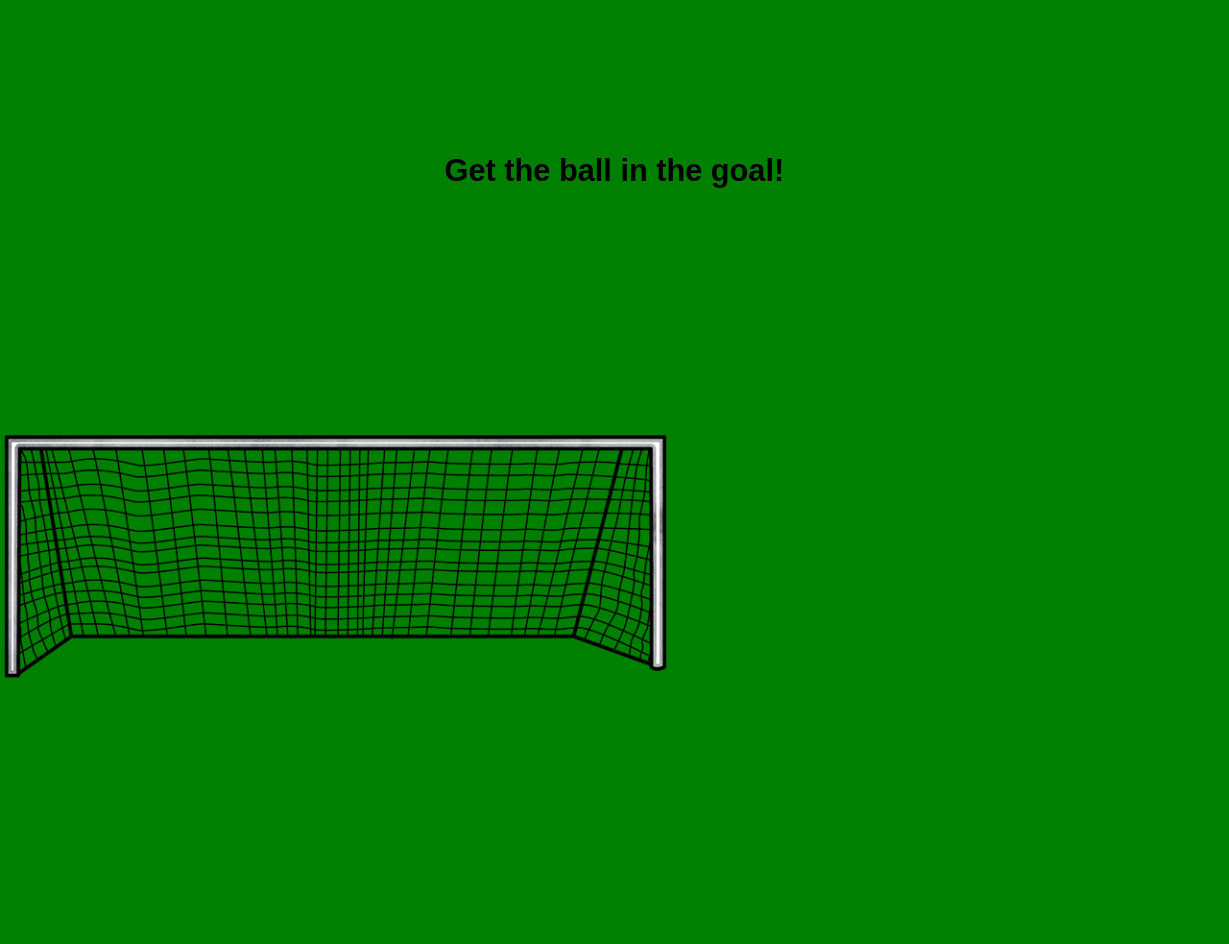
Repository: alexmaddux99/Lab3
Page: mouse-events.html
An editor plug-in stored every save of this project. The page is shown before and after the next save, followed by the edit.
The browser window is 1280 px wide. The pictures show the whole page, at 96% of full size.

Above is the page before, as saved 2022-03-06 17:40:55.

### mouse-events.html
<!DOCTYPE html>
<html lang="en">

<head>
    <meta charset="UTF-8">
    <meta http-equiv="X-UA-Compatible" content="IE=edge">
    <meta name="viewport" content="width=device-width, initial-scale=1.0">
    <title>GOAL!</title>
    <style>
        body {
            background-color: green;
            margin:0;
            height:100vh;
        }

        div {
            height: 300px;
            width: 300px;
            transition: transform 1s;

        }

        p {
            margin-top: 10rem;
            text-align: center;
            font: bold 2rem sans-serif;
        }


        .ball {
            border-radius: 50%;
            width: 50px;
            height: 50px;
            background: white;
            opacity: 0;
            transition: transform 1s;
        }



    </style>
</head>

<body>

    <p>Get the ball in the goal!</p>


    <img src="/images/goal.png" alt="GOAL!" class="goal">


    <div id="dot" class="ball"></div>




    <script>
        var dot = document.getElementById('dot');
        document.body.addEventListener('click', (e) => {
            console.log("Client: " , e.clientX , e.clientY)
            console.log("Page: " , e.pageX , e.pageY)
            console.log("Screen: " , e.screenX , e.screenY)
            console.log("Event Object: ", e);
            dot.style.transform = `translateY(${e.clientY - 25}px)`;
            dot.style.transform += `translateX(${e.clientX - 25}px)`;
            dot.style.opacity = 1;
        }, false);
    </script>
</body>

</html>

After the next save:
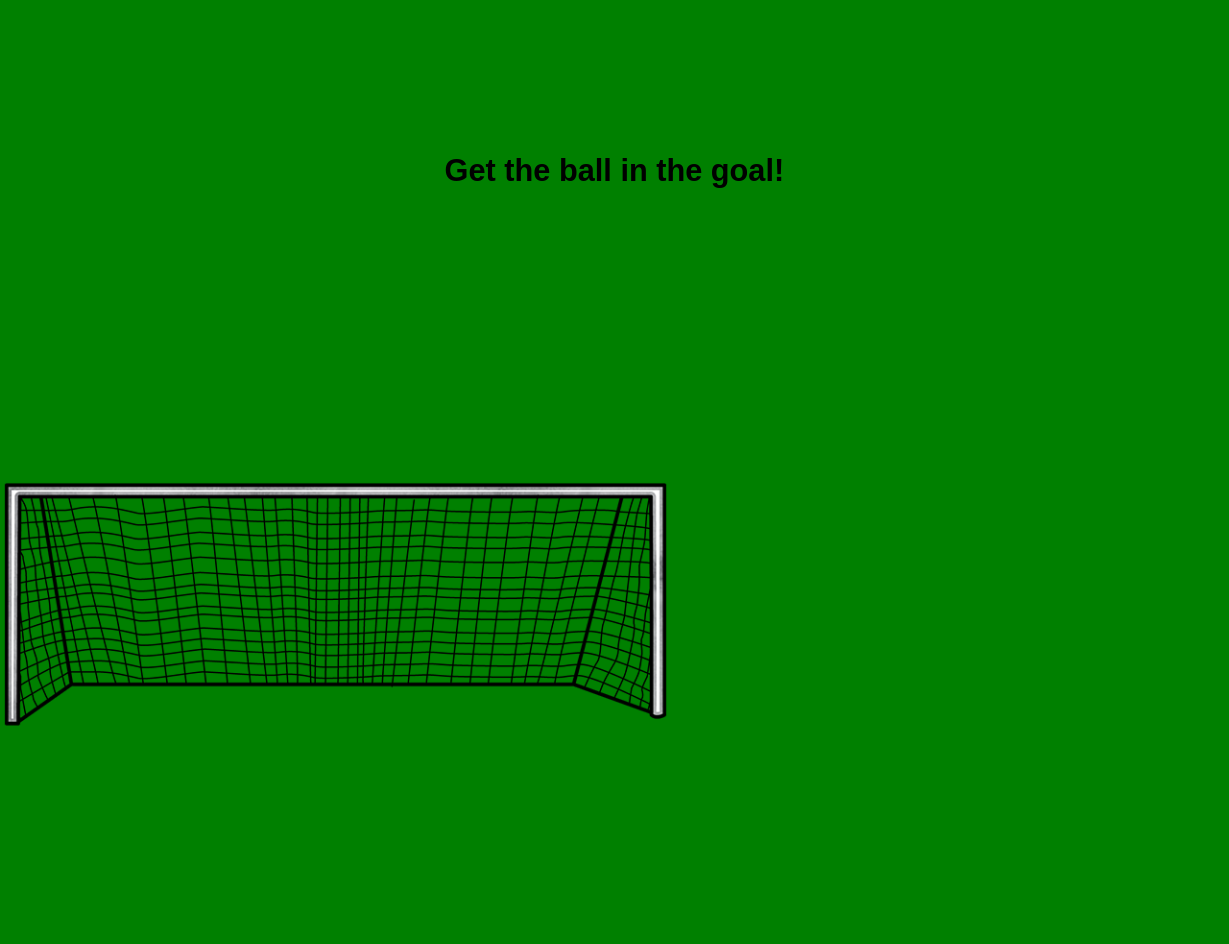
Saved 10 s later.
--- a/mouse-events.html
+++ b/mouse-events.html
@@ -45,11 +45,12 @@
 
     <p>Get the ball in the goal!</p>
 
+    <div id="dot" class="ball"></div>
 
     <img src="/images/goal.png" alt="GOAL!" class="goal">
 
 
-    <div id="dot" class="ball"></div>
+
 
 
 
